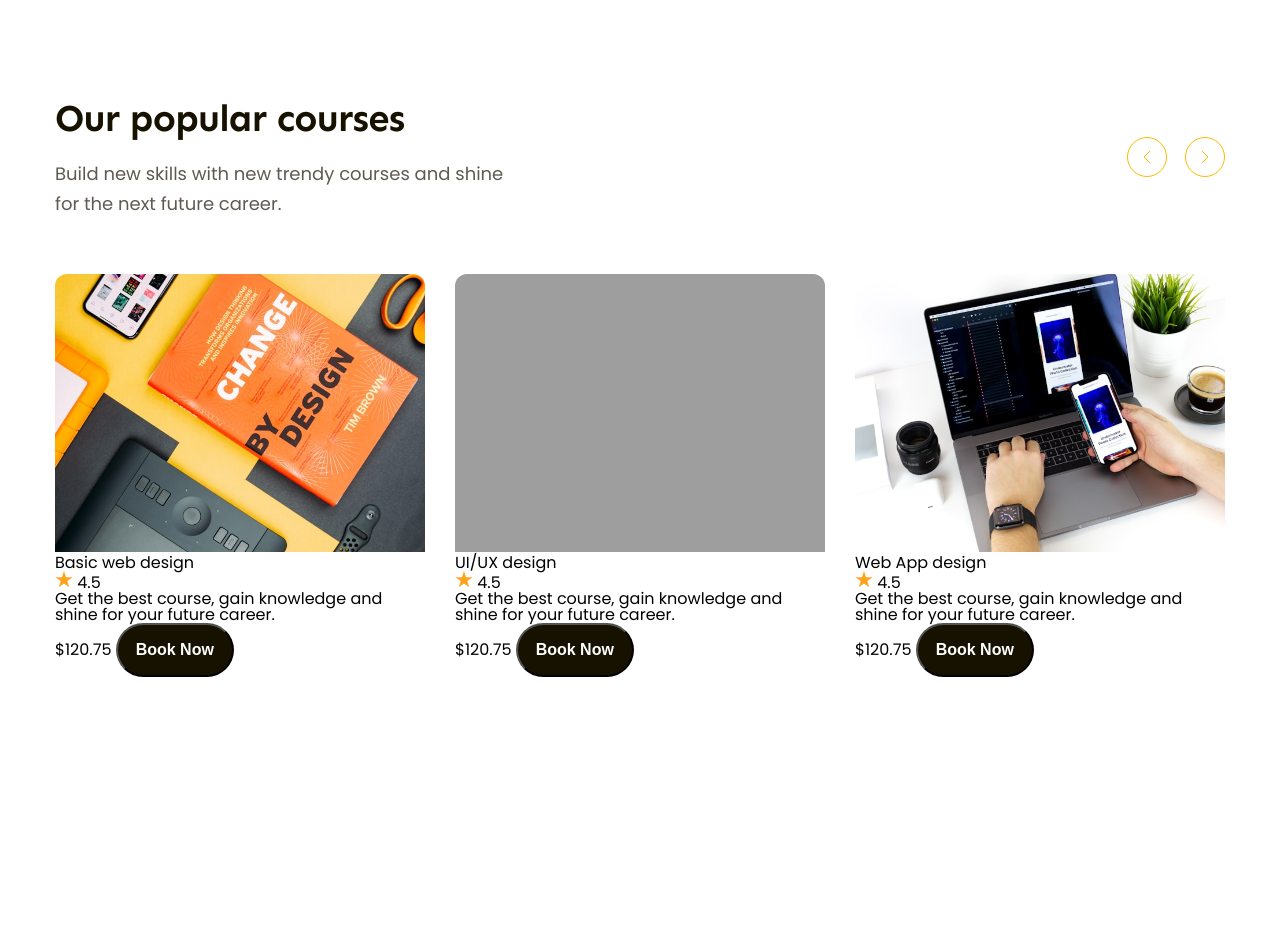
Repository: vancong171001/f8-html-css-02
Page: index.html
The author's editor kept a copy of each file at every save. The page is drawn from the files as they stood at one save, then again after the next save.
The browser window is 1280 px wide. The pictures show the part of the page from y = 1005 to 1957 px (the page is 5000 px tall).
Pictures or frames that could not be fetched are drawn as grey boxes. A picture or video elsewhere on the page could not be fetched, so the positions and the page height are approximate.

Above is the page before, as saved 2025-03-11 14:17:24.

### index.html
<!DOCTYPE html>
<html lang="en">
  <head>
    <meta charset="UTF-8" />
    <meta name="viewport" content="width=device-width, initial-scale=1.0" />
    <title>F8 Project 02</title>
    <!-- Reset CSS -->
    <link rel="stylesheet" href="./assets/css/reset.css" />

    <!-- Embed fonts -->
    <link rel="preconnect" href="https://fonts.googleapis.com" />
    <link rel="preconnect" href="https://fonts.gstatic.com" crossorigin />
    <link
      href="https://fonts.googleapis.com/css2?family=Poppins:ital,wght@0,400;0,500;0,600;0,700;1,400&family=Sen:wght@700&display=swap"
      rel="stylesheet"
    />

    <!-- Style CSS -->
    <link rel="stylesheet" href="assets/css/style.css" />
  </head>
  <body>
    <main style="height: 5000px">
      <!-- Header -->
      <header class="header fixed">
        <div class="main-content">
          <div class="body">
            <!-- Logo -->
            <img src="./assets/img/logo.svg" alt="Lesson" class="logo" />

            <!-- Nav -->
            <nav class="nav">
              <ul>
                <li class="active">
                  <a href="#!">Home</a>
                </li>
                <li>
                  <a href="#!">Courses</a>
                </li>
                <li>
                  <a href="#!">Pricing</a>
                </li>
                <li>
                  <a href="#!">Reviews</a>
                </li>
              </ul>
            </nav>

            <!-- Action -->
            <div class="action">
              <a href="#!" class="btn sign-up-btn">Sign Up</a>
            </div>
          </div>
        </div>
      </header>

      <!-- Hero -->
      <div class="hero">
        <div class="main-content">
          <div class="body">
            <!-- Hero left -->
            <div class="media-block">
              <img
                src="https://images.unsplash.com/photo-1740734940319-7208196590b7?w=600&auto=format&fit=crop&q=60&ixlib=rb-4.0.3&ixid=M3wxMjA3fDB8MHxmZWF0dXJlZC1waG90b3MtZmVlZHwxNHx8fGVufDB8fHx8fA%3D%3D"
                alt="Learn without limits and spread knowledge."
                class="img"
              />

              <div class="hero-summary">
                <div class="item">
                  <div class="icon">
                    <img src="./assets/icon/list.svg" alt="" />
                  </div>
                  <div class="info">
                    <p class="lable">20 Courses</p>
                    <p class="title">UI/UX Design</p>
                  </div>
                </div>
                <div class="item">
                  <div class="icon">
                    <img src="./assets/icon/code.svg" alt="" />
                  </div>
                  <div class="info">
                    <p class="lable">20 Courses</p>
                    <p class="title">Development</p>
                  </div>
                </div>
                <div class="item">
                  <div class="icon">
                    <img src="./assets/icon/speaker.svg" alt="" />
                  </div>
                  <div class="info">
                    <p class="lable">30 Courses</p>
                    <p class="title">Marketing</p>
                  </div>
                </div>
              </div>
            </div>

            <!-- Hero right -->
            <div class="content-block">
              <h1 class="heading lv1">
                Learn without limits and spread knowledge.
              </h1>
              <p class="desc">
                Build new skills for that “this is my year” feeling with
                courses, certificates, and degrees from world-class universities
                and companies.
              </p>
              <div class="cta-group">
                <a href="#!" class="btn hero-cta">See Courses</a>
                <button class="watch-video">
                  <div class="icon">
                    <img src="./assets/icon/play.svg" alt="" />
                  </div>
                  <span>Watch Video</span>
                </button>
              </div>
              <p class="desc">Recent engagement</p>
              <p class="desc stats">
                <strong>50K</strong> Students <strong>70+</strong> Courses
              </p>
            </div>
          </div>
        </div>
      </div>

      <!-- Popular -->
      <div class="popular">
        <div class="main-content">
          <div class="popular-top">
            <div class="info">
              <h2 class="heading lv2">Our popular courses</h2>
              <p class="desc">
                Build new skills with new trendy courses and shine for the next
                future career.
              </p>
            </div>
            <div class="controls">
              <button class="control-btn">
                <svg
                  width="8"
                  height="14"
                  viewBox="0 0 8 14"
                  fill="none"
                  xmlns="http://www.w3.org/2000/svg"
                >
                  <path
                    d="M7 1L1 7L7 13"
                    stroke="currentColor"
                    stroke-linecap="round"
                    stroke-linejoin="round"
                  />
                </svg>
              </button>
              <button class="control-btn">
                <svg
                  width="8"
                  height="14"
                  viewBox="0 0 8 14"
                  fill="none"
                  xmlns="http://www.w3.org/2000/svg"
                >
                  <path
                    d="M1 1L7 7L1 13"
                    stroke="currentColor"
                    stroke-linecap="round"
                    stroke-linejoin="round"
                  />
                </svg>
              </button>
            </div>
          </div>

          <div class="course-list">
            <!-- Course Item 1 -->
            <div class="course-item">
              <img
                src="./assets/img/course-1.jpg"
                alt="Basic web design"
                class="thumb"
              />
              <div class="info">
                <div class="head">
                  <h3 class="title">Basic web design</h3>
                  <div class="rating">
                    <img src="./assets/icon/star.svg" alt="Star" class="star" />
                    <span class="value">4.5</span>
                  </div>
                </div>
                <p class="desc">
                  Get the best course, gain knowledge and shine for your future
                  career.
                </p>
                <div class="foot">
                  <span class="price">$120.75</span>
                  <button class="btn">Book Now</button>
                </div>
              </div>
            </div>
            <!-- Course Item 2 -->
            <div class="course-item">
              <img
                src="./assets/img/course-2.jpg"
                alt="UI/UX design"
                class="thumb"
              />
              <div class="info">
                <div class="head">
                  <h3 class="title">UI/UX design</h3>
                  <div class="rating">
                    <img src="./assets/icon/star.svg" alt="Star" class="star" />
                    <span class="value">4.5</span>
                  </div>
                </div>
                <p class="desc">
                  Get the best course, gain knowledge and shine for your future
                  career.
                </p>
                <div class="foot">
                  <span class="price">$120.75</span>
                  <button class="btn">Book Now</button>
                </div>
              </div>
            </div>
            <!-- Course Item 3 -->
            <div class="course-item">
              <img
                src="./assets/img/course-3.jpg"
                alt="Web App design"
                class="thumb"
              />
              <div class="info">
                <div class="head">
                  <h3 class="title">Web App design</h3>
                  <div class="rating">
                    <img src="./assets/icon/star.svg" alt="Star" class="star" />
                    <span class="value">4.5</span>
                  </div>
                </div>
                <p class="desc">
                  Get the best course, gain knowledge and shine for your future
                  career.
                </p>
                <div class="foot">
                  <span class="price">$120.75</span>
                  <button class="btn">Book Now</button>
                </div>
              </div>
            </div>
          </div>
        </div>
      </div>
    </main>
  </body>
</html>

### assets/css/style.css
* {
  box-sizing: border-box;
}

:root {
  --primary-color: #ffb900;
  --font-heading: Sen, san-serif;
}

html {
  font-size: 62.5%;
}

body {
  font-size: 1.6rem;
  font-family: "Poppins", sans-serif;
}

/* ========== Common ========= */
a {
  text-decoration: none;
}

.btn {
  display: inline-block;
  min-width: 118px;
  padding: 0 16px;
  line-height: 50px;
  color: #fff;
  text-align: center;
  font-size: 1.6rem;
  font-weight: 600;
  border-radius: 999px;
  background: #171100;
}

.btn:hover {
  opacity: 0.9;
}

.heading {
  color: #171100;
  font-family: var(--font-heading);
  font-weight: 700;
  letter-spacing: -0.02em;
}

.heading.lv1 {
  font-size: 5.8rem;
  line-height: 1.17; /* 117.241% */
}

.heading.lv2 {
  font-size: 3.8rem;
  line-height: 1.26; /* 126.316% */
}

.main-content {
  width: 1170px;
  max-width: calc(100% - 48px);
  margin-left: auto;
  margin-right: auto;
}

/* ========== Header ========= */
.header {
  background: #fffcf4;
}

.header.fixed {
  position: sticky;
  top: -28px;
  z-index: 1;
}

.header .body {
  display: flex;
  align-items: center;
  padding: 36px 0 8px;
}

.nav {
  margin-left: auto;
}

.nav ul {
  display: flex;
}

.nav a {
  position: relative;
  padding: 8px 21px;
  color: #5f5b53;
  font-size: 1.6rem;
}

.nav a:hover,
.nav li.active a {
  /* font-weight: 600; */
  text-shadow: 1px 0 0 currentColor;
  color: #171100;
}

.nav li.active a::after {
  content: "";
  position: absolute;
  left: 21px;
  bottom: 6px;
  display: block;
  width: 12px;
  height: 2px;
  border-radius: 1px;
  background: #171100;
}

.header .sign-up-btn {
  min-width: 144px;
}

.header .action {
  margin-left: 49px;
}

/* ========== Hero ========= */
.hero {
  padding: 56px 0 65px;
  background: #fffcf4;
}

.hero .body {
  display: flex;
}

/* Hero Left */
.hero .media-block {
  position: relative;
  width: 48%;
}

.hero .media-block .img {
  width: 470px;
  height: 685px;
  object-fit: cover;
  border-radius: 20px;
  display: block;
}

.hero-summary {
  position: absolute;
  right: 0;
  bottom: 48px;
  width: 270px;
  padding: 24px;
  border-radius: 12px;
  background: #fff;
  box-shadow: 0px 16px 32px 0px rgba(0, 0, 0, 0.05);
}

.hero-summary .item {
  display: flex;
  align-items: center;
}

.hero-summary .item + .item {
  margin-top: 22px;
}

.hero-summary .icon {
  width: 48px;
  height: 48px;
  border-radius: 50%;
  display: flex;
  justify-content: center;
  align-items: center;
  background: #fff9e8;
}

.hero-summary .item:nth-of-type(2) .icon {
  background: #fcefff;
}
.hero-summary .item:last-child .icon {
  background: #ebeaff;
}

.hero-summary .info {
  margin-left: 16px;
}

.hero-summary .lable {
  color: #5f5b53;
  font-size: 1.4rem;
  line-height: 1.86; /* 185.714% */
}

.hero-summary .title {
  color: #171100;
  font-size: 1.8rem;
  font-weight: 600;
  line-height: 1.67; /* 166.667% */
}

/* Hero Right */
.hero .content-block {
  width: 52%;
  padding: 64px 0 0 130px;
}

.hero .desc {
  margin-top: 22px;
  color: #5f5b53;
  font-size: 1.8rem;
  line-height: 1.67; /* 166.667% */
}

.hero .cta-group {
  display: flex;
  align-items: center;
  margin: 38px 0 48px;
}

.hero .hero-cta {
  min-width: 180px;
  line-height: 64px;
  background: var(--primary-color);
  border-radius: 32px;
}

.hero .watch-video {
  display: flex;
  align-items: center;
  border: none;
  background: transparent;
  margin-left: 28px;
  cursor: pointer;
}

.hero .watch-video .icon {
  width: 40px;
  height: 40px;
  border-radius: 50%;
  display: flex;
  justify-content: center;
  align-items: center;
  background: #ffffff;
  box-shadow: 0px 8px 16px rgba(0, 0, 0, 0.07);
}

.hero .watch-video span {
  color: #171100;
  font-size: 1.8rem;
  font-weight: 600;
  line-height: 1.67; /* 166.667% */
  margin-left: 14px;
}

.hero .stats {
  margin: 8px 0 0 -28px;
}

.hero .stats strong {
  color: #171100;
  font-family: var(--font-heading);
  font-size: 4.4rem;
  font-weight: 700;
  line-height: 1.22; /* 122.727% */
  padding: 0 8px 0 28px;
}

/* ========== Hero ========= */
.popular {
  padding: 65px 0;
  margin-top: 135px;
}

.popular-top {
  display: flex;
  justify-content: space-between;
  align-items: center;
}

.popular-top .desc {
  color: #5f5b53;
  font-size: 1.8rem;
  line-height: 1.67; /* 166.667% */
  margin-top: 16px;
  width: 458px;
}

.popular-top .controls {
  display: flex;
  gap: 18px;
}

.popular-top .control-btn {
  background: transparent;
  border: 1px solid var(--primary-color);
  width: 40px;
  height: 40px;
  border-radius: 50%;
  display: flex;
  justify-content: center;
  align-items: center;
  color: var(--primary-color);
}

.popular-top .control-btn:hover {
  background: var(--primary-color);
  color: #fff;
  cursor: pointer;
}

.popular .course-list {
  margin-top: 55px;
  display: flex;
  gap: 30px;
}

.popular .course-item {
  flex: 1;
}

.popular .course-item .thumb {
  width: 100%;
  border-radius: 12px 12px 0px 0px;
  height: 278px;
  object-fit: cover;
}

Loaded but not shown: assets/css/reset.css (common file)

After the next save:
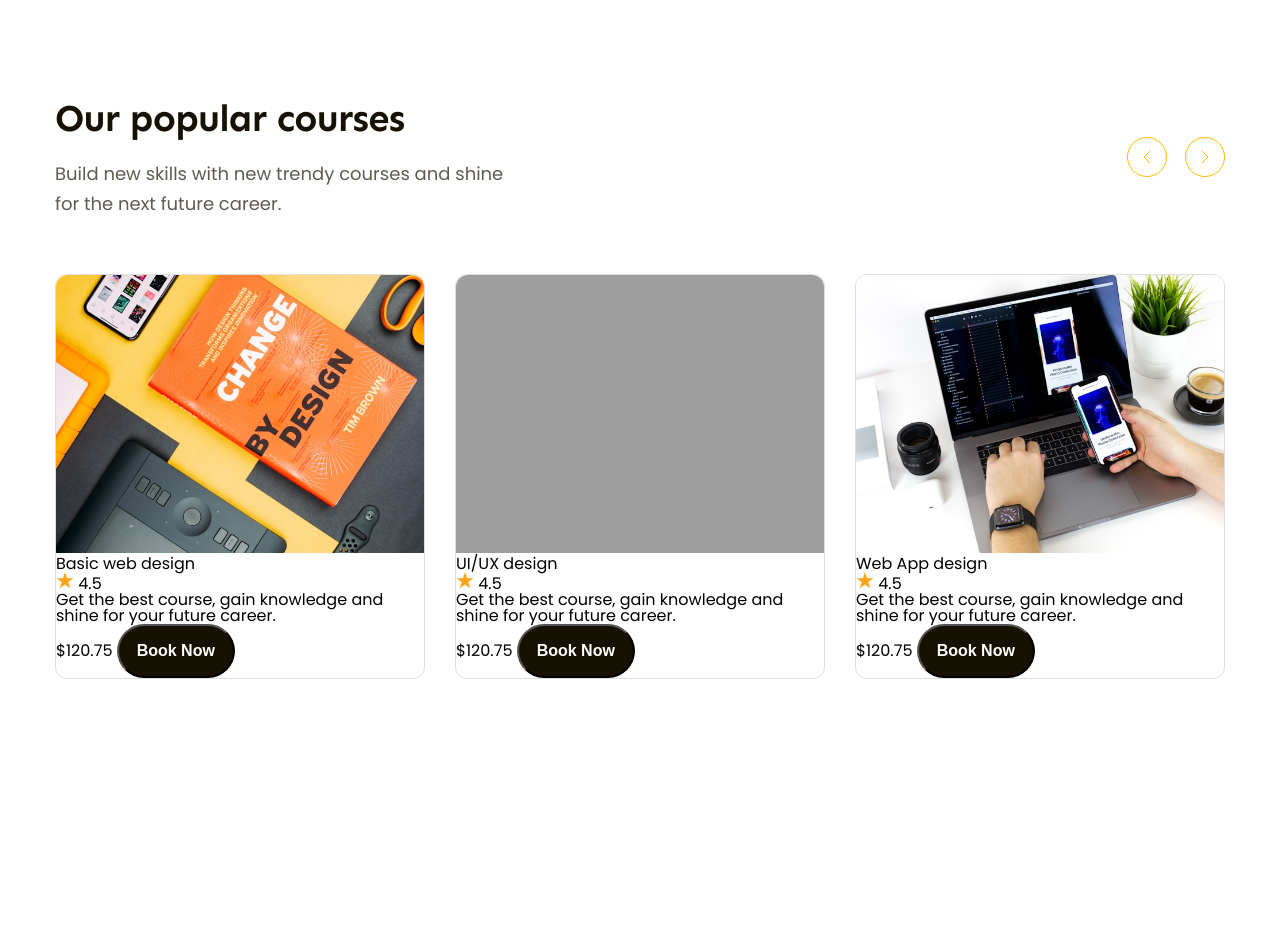
Saved 47 s later.
--- a/assets/css/style.css
+++ b/assets/css/style.css
@@ -317,6 +317,9 @@
 
 .popular .course-item {
   flex: 1;
+  border-radius: 12px;
+  border: 1px solid #e2dfda;
+  background: #fff;
 }
 
 .popular .course-item .thumb {
